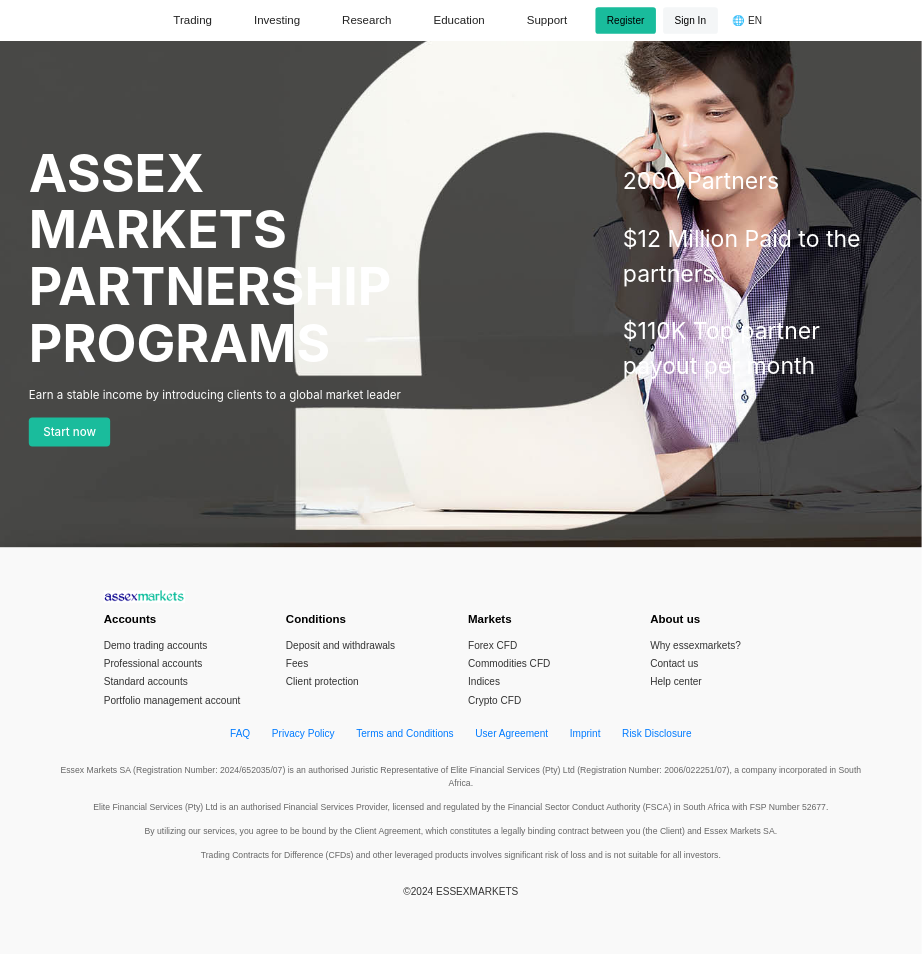
Repository: RevenewMarketing/Assex
Page: /partner
The author's editor kept a copy of each file at every save. The page is drawn from the files as they stood at one save, then again after the next save.
The browser window is 1280 px wide. The pictures show the whole page, at 72% of full size.
The project was rebuilt for these pictures with package versions that can differ from the ones it lists, and the page was loaded fresh each time. Also part of the build but not shown: vite.config.ts, src/pages/home/sections/HeroSection.module.css, src/pages/home/sections/HeroSection.tsx, src/pages/home/sections/Section2.tsx, src/pages/home/sections/Section3.tsx, src/pages/home/sections/Section4.tsx, src/pages/home/sections/Section5.tsx, src/pages/home/sections/Section6.tsx and 10 more.

Above is the page before, as saved 2024-11-28 00:37:21.

After the next save:
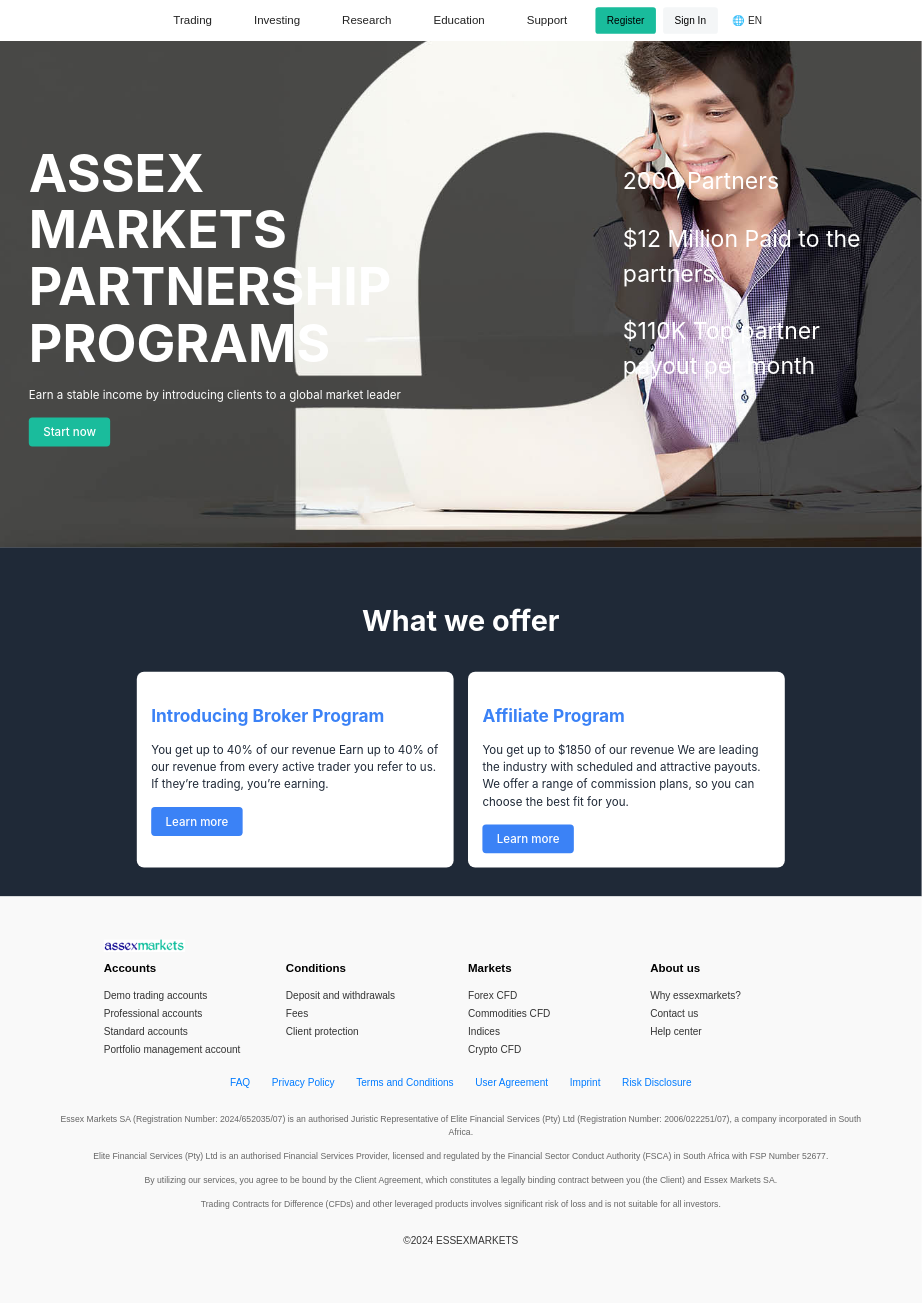
Saved 12 s later.
--- a/src/pages/partner/Partner.tsx
+++ b/src/pages/partner/Partner.tsx
@@ -1,10 +1,12 @@
 import Section1 from "./sections/Section1"
+import Section2 from "./sections/Section2"
 
 
 const Partner = () => {
   return (
     <div>
       <Section1 />
+      <Section2 />
     </div>
   )
 }
